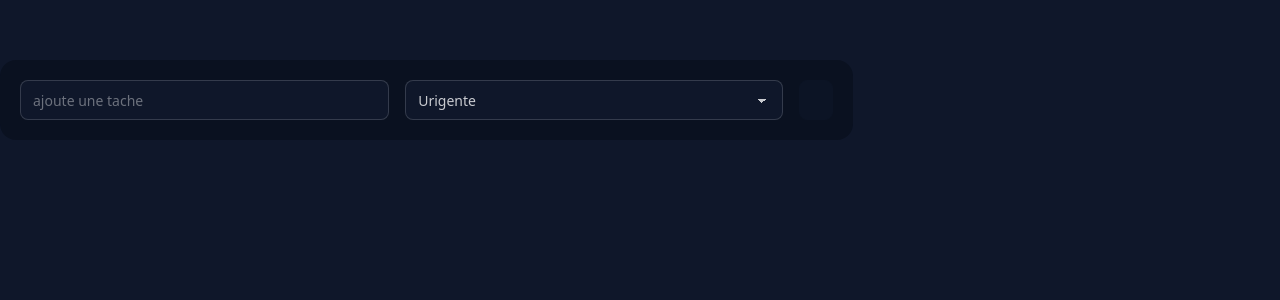
Repository: gradi243/react_ex_tuto
Page: /
The author's editor kept a copy of each file at every save. The page is drawn from the files as they stood at one save, then again after the next save.
The browser window is 1280 px wide. The pictures show the whole page.
The project was rebuilt for these pictures with package versions that can differ from the ones it lists, and the page was loaded fresh each time. Also part of the build but not shown: vite.config.ts.

Above is the page before, as saved 2025-09-13 23:59:34.

After the next save:
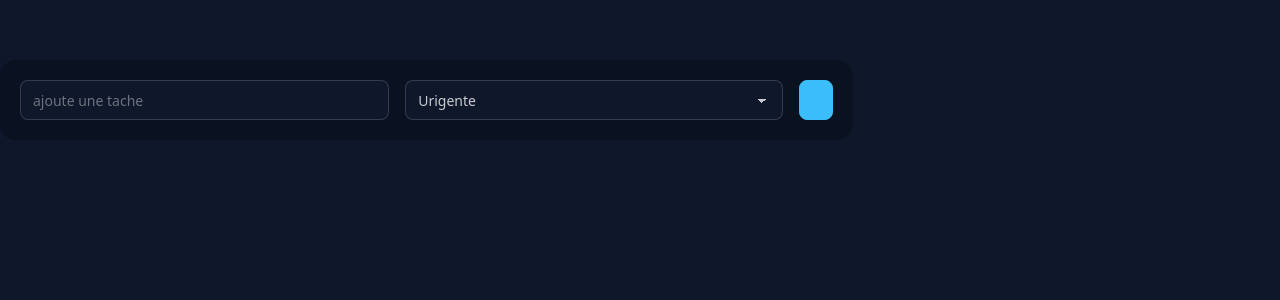
Saved 6 s later.
--- a/src/App.tsx
+++ b/src/App.tsx
@@ -27,7 +27,7 @@ function App(){
             <option value="Basse">Basse</option>
           </select>
 
-          <button className="btn btn"></button>
+          <button className="btn btn-primary"></button>
         </div>
       </div>
     </div>
